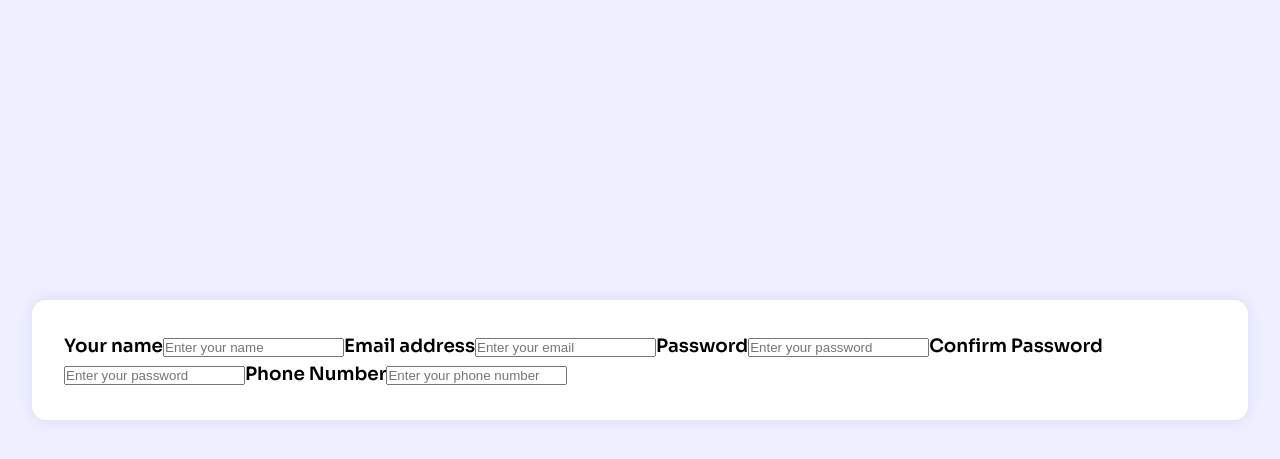
Repository: ducanhaep/react-form-formik-yup
Page: /
An editor plug-in stored every save of this project. The page is shown before and after the next save, followed by the edit.
The browser window is 1280 px wide. The pictures show the whole page.
The project was rebuilt for these pictures with package versions that can differ from the ones it lists, and the page was loaded fresh each time. Also part of the build but not shown: src/components/signup.css.

Above is the page before, as saved 2022-03-22 13:18:49.

After the next save:
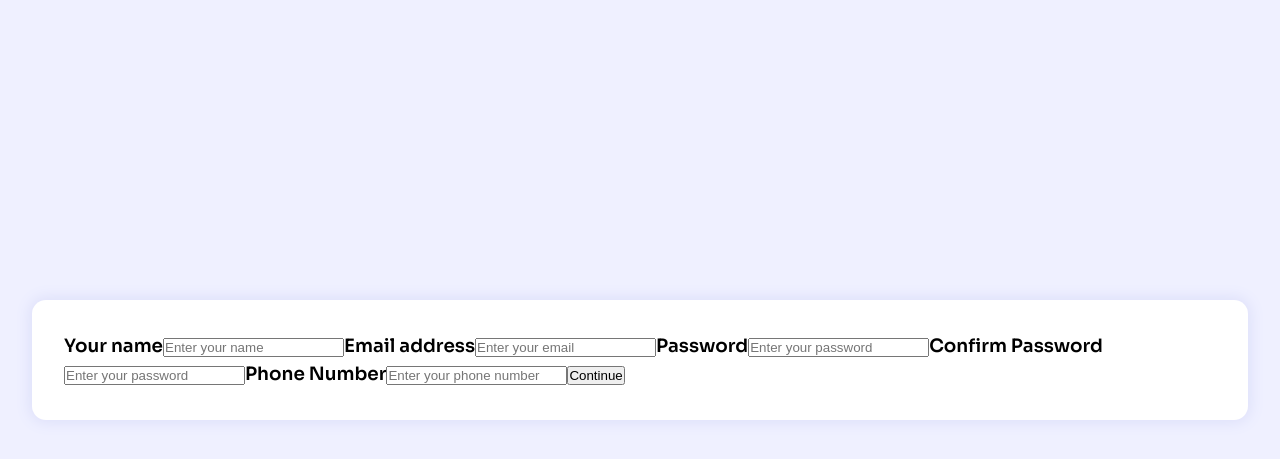
Saved 39 s later.
--- a/src/components/SignupForm.jsx
+++ b/src/components/SignupForm.jsx
@@ -48,6 +48,7 @@ const SignupForm = () => {
           placeholder="Enter your phone number"
           name="phone"
         />
+        <button type="submit">Continue</button>
       </form>
     </section>
   );
